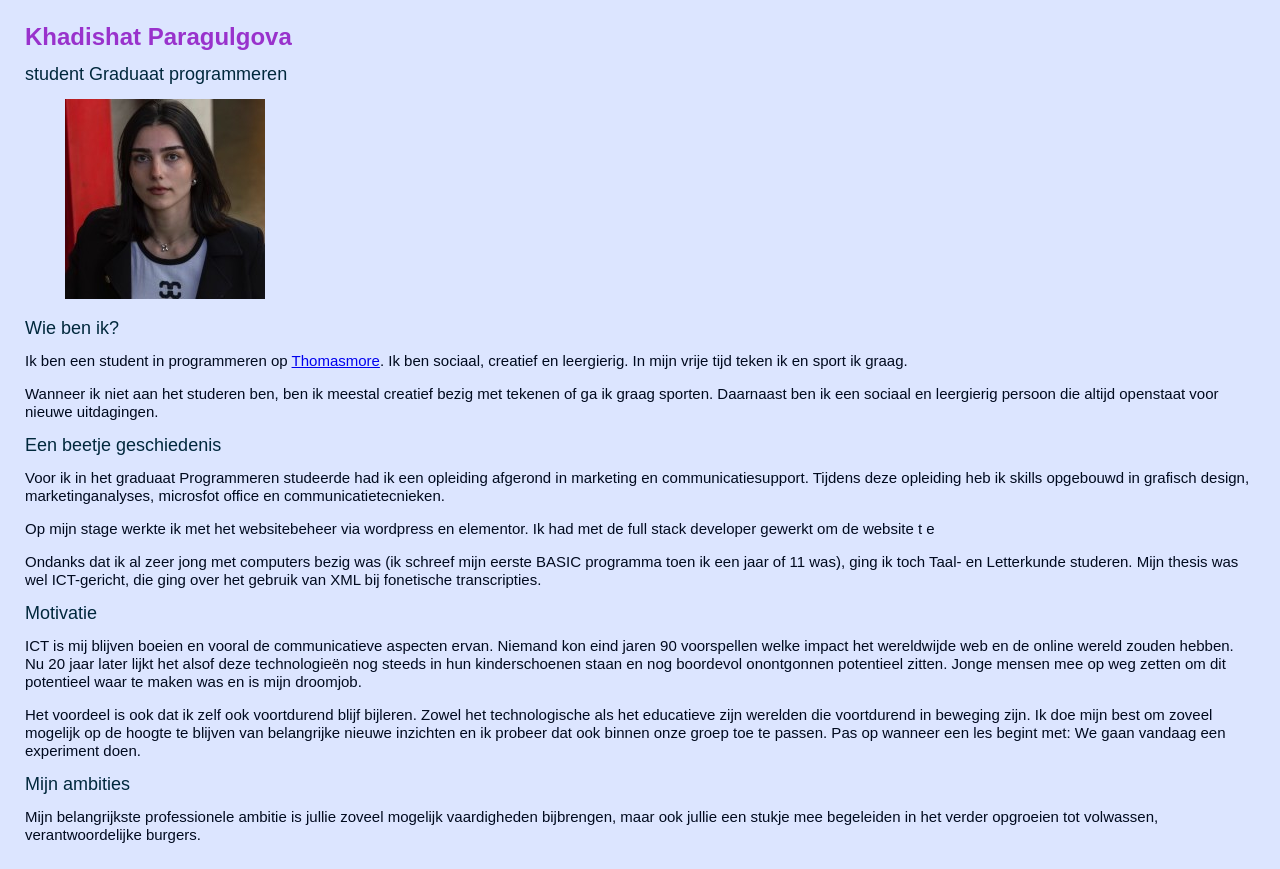
Repository: khadishat00/portfolio
Page: index.html
These files come from the project's save history. The page is drawn as it stood at one moment and after the next save; the edit follows.
The browser window is 1280 px wide. The pictures show the whole page.

Above is the page before, as saved 2026-09-24 15:07:50.

After the next save:
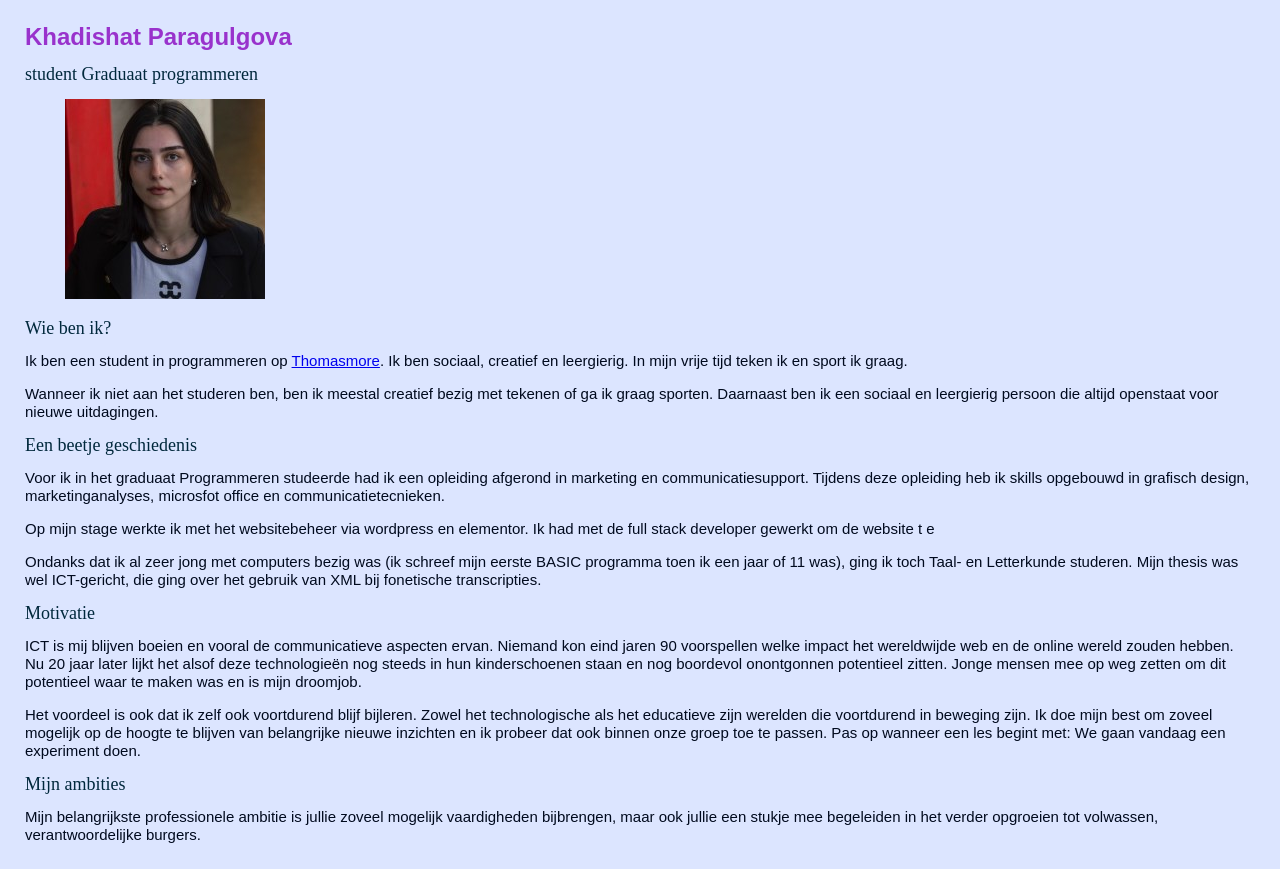
Saved 9 s later.
--- a/index.html
+++ b/index.html
@@ -21,7 +21,7 @@
       line-height: 24px;
     }
     h2 {
-      font-family: "Century Gothic", Arial, Helvetica, sans-serif;
+      font-family: cursive;
       color: #00283c;
       font-weight: normal;
       font-size: 18px;

After the 2 saves that followed:
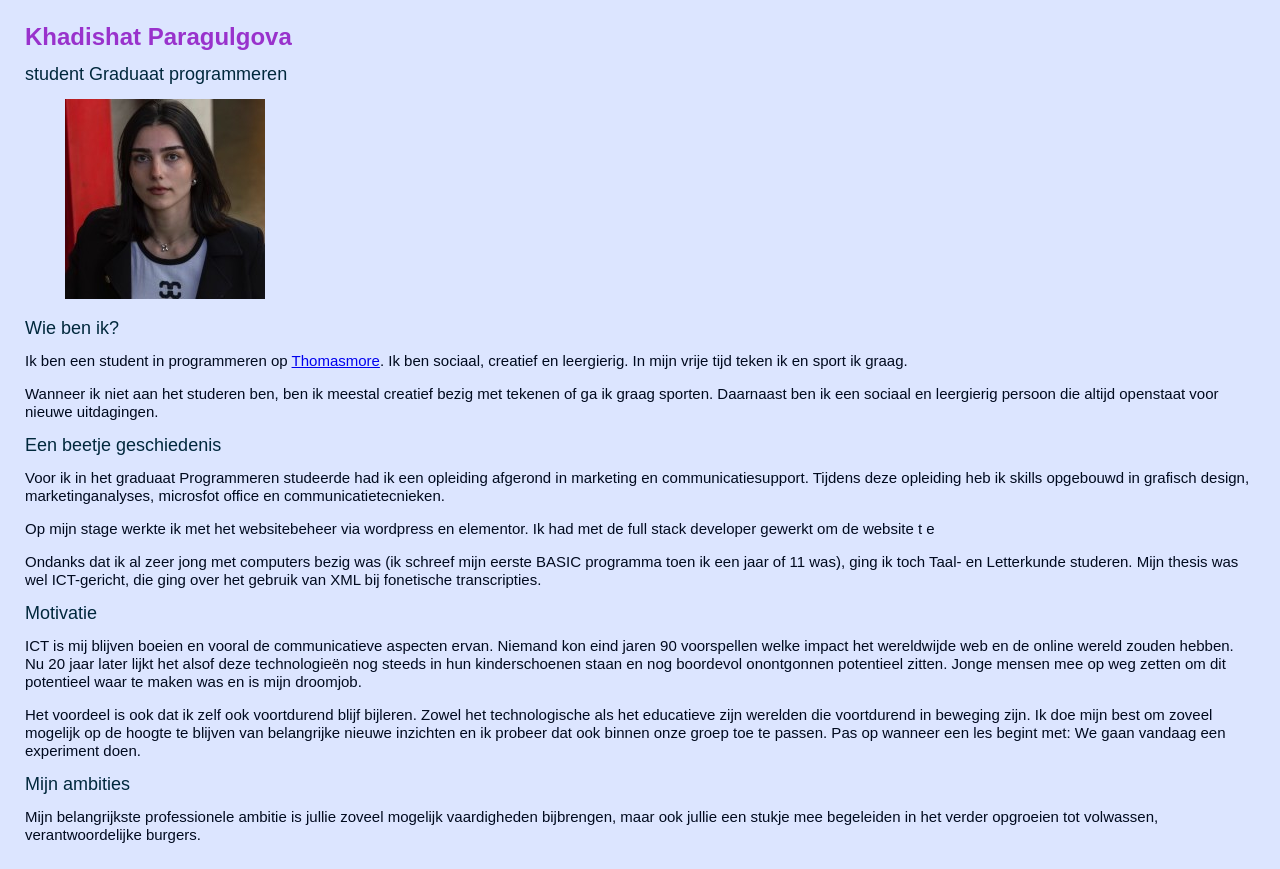
The 2 saves are shown as one change because they came seconds apart.
The last was saved 11 s later.
--- a/index.html
+++ b/index.html
@@ -21,7 +21,7 @@
       line-height: 24px;
     }
     h2 {
-      font-family: cursive;
+      font-family: sans-serif, cursive;
       color: #00283c;
       font-weight: normal;
       font-size: 18px;
